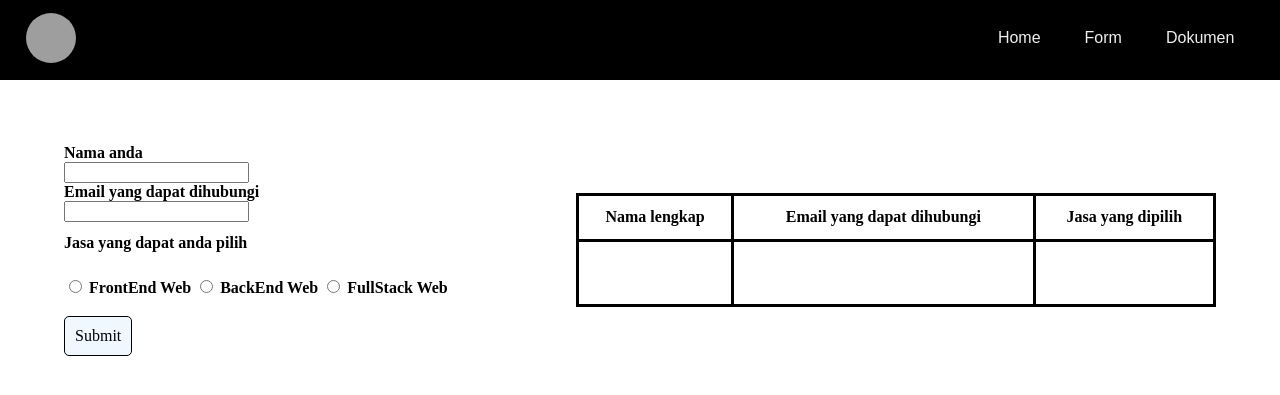
Repository: zecht12/TimModul
Page: TimModul.html
These files come from the project's save history. The page is drawn as it stood at one moment and after a run of saves; the edit follows.
The browser window is 1280 px wide. The pictures show the whole page.
Pictures or frames that could not be fetched are drawn as grey boxes.

Above is the page before, as saved 2023-03-14 13:44:21.

### TimModul.html
<!DOCTYPE html>
<html lang="en">
<head>
    <meta charset="UTF-8">
    <meta http-equiv="X-UA-Compatible" content="IE=edge">
    <meta name="viewport" content="width=device-width, initial-scale=1.0">
    <link rel="stylesheet" href="style.css">
    <title>Jasa Coding</title>
</head>
<body>
    <div style="height: 80px; width: 100%; background-color: black;">
        <header>
            <img src="./assets/wallpaper.jpg" alt="Image" style="height: 50px; width: 50px; border-radius: 100%;" >
            <ul class="nav_links">
                <li><a href="#">Home</a></li>
                <li><a href="#">Form</a></li>
                <li><a href="#">Dokumen</a></li>
            </ul>
        </headers>
    </div>
    <div class="forms">
        <form>
            <label for="Nama" class="Labelnama">Nama anda</label><br>
            <input type="text" id="Nama" name="Nama" class="Nama"><br>

            <label for="Email" class="Labelemail">Email yang dapat dihubungi</label><br>
            <input type="text" id="Email" name="Email" class="Email"><br>

            <p for="Pilihan" class="Pilihan">Jasa yang dapat anda pilih</p><br>
            <div style="padding-top: 2%; padding-bottom: 5%;">
                <input type="radio" id="FrontEnd" name="fav_language" value="FrontEnd">
                <label for="FrontEnd">FrontEnd Web</label>

                <input type="radio" id="BackEnd" name="fav_language" value="BackEnd">
                <label for="BackEnd">BackEnd Web</label>

                <input type="radio" id="FullStack" name="fav_language" value="FullStack">
                <label for="FullStack">FullStack Web</label><br>
            </div>

            <div style="">
                <input type="submit" value="Submit" class="Button">
            </div>
        </form>
        <table style="width: 50%; border-collapse: collapse;">
            <tr>
                <th>Nama lengkap</th>
                <th>Email yang dapat dihubungi</th>
                <th>Jasa yang dipilih</th>
            </tr>
            <tr>
                <td></td>
                <td></td>
                <td></td>
            </tr>
        </table>
    </div>
</body>
</html>

### style.css
body{
    height: auto;
    width: 100%;
    margin: auto;
    padding: auto;
}
header{
    display: flex;
    align-items: center;
    justify-content: space-between;
    padding-left: 2%;
    padding-right: 2%;
    padding-top: 1%;
}
li, a, button{
    font-family: "Montserrat", sans-serif;
    font-size: 16px;
    color: #edf0f1;
    text-decoration: none;
}
.nav_links{
    list-style: none;
}
.nav_links li{
    display: inline-block;
    padding: 0px 20px;
}
.nav_links li a:hover{
    color: #0088a9;
}
.forms{
    height: auto;
    width: 100%;
    display: flex;
    justify-content: space-around;
    align-items: center;
    padding-top: 5%;
}
th{
    height: 30px;
    text-align: center;
    color: black;
    font: bold;
    border-style:solid;
    border-color: black;
    padding: 1%;
}
td{padding: 1%;
    height: 50px;
    text-align: center;
    color: black;
    border-style:solid;
    border-color: black;
}
label {
    color: black;
    font-weight: bold;
    width: 130px;
}
.Button {
    padding: 10px;
    border: 1px solid black;
    background-color:aliceblue;
    border-radius: 5px;
    font: inherit;
    cursor: pointer;
}
.Button:hover{
    border: 1px solid #0088a9;
    background-color:#0088a9;
    cursor: pointer;
}
.Pilihan{
    margin: auto;
    padding-top: 3%;
    font-weight: bold;
    color: black;
}

After the next 5 saves:
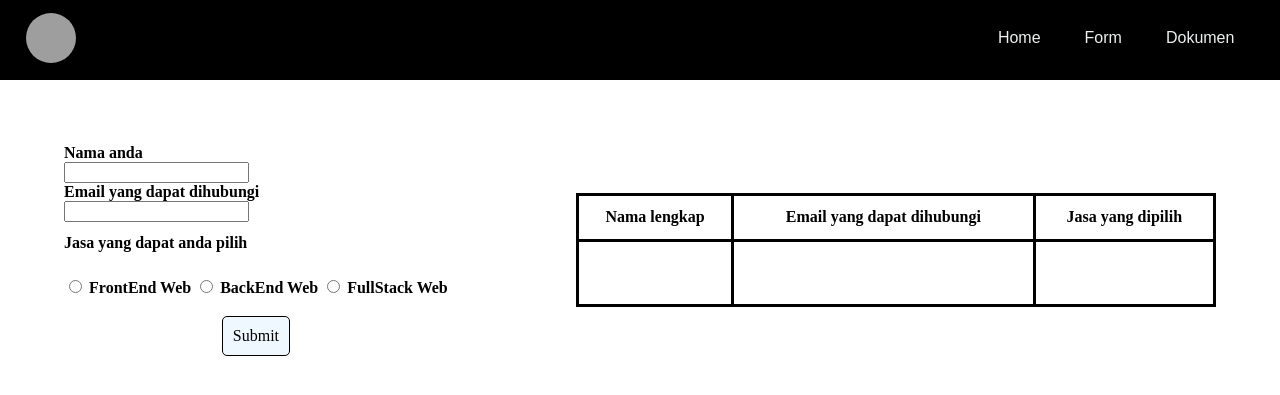
The 5 saves are shown as one change because they came seconds apart.
The last was saved 11 s later.
--- a/TimModul.html
+++ b/TimModul.html
@@ -38,7 +38,7 @@
                 <label for="FullStack">FullStack Web</label><br>
             </div>
 
-            <div style="">
+            <div style="display: flex; justify-content: center;">
                 <input type="submit" value="Submit" class="Button">
             </div>
         </form>
